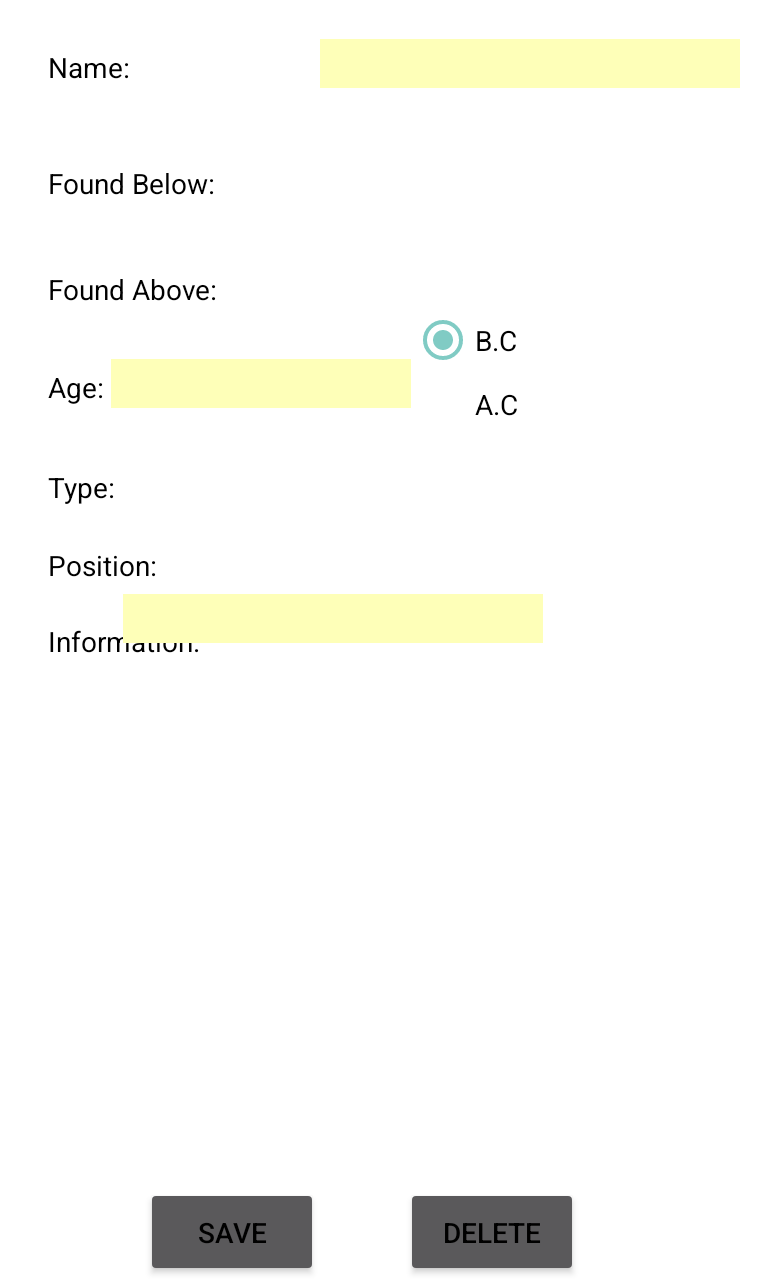
Repository: qfornaguera/AppQuelogy
Layout: AppQueology/res/layout/activity_artifact.xml
An editor plug-in stored every save of this project. The layout is shown before and after the next save, followed by the edit.
It is drawn on a 768 x 1280 px phone screen (xhdpi) without system bars, with theme Theme.AppCompat; the app's code is not run.

Above is the layout before, as saved 2014-05-26 21:13:13.

### AppQueology/res/layout/activity_artifact.xml
<RelativeLayout xmlns:tools="http://schemas.android.com/tools"
    xmlns:android="http://schemas.android.com/apk/res/android"
    android:layout_width="wrap_content"
    android:layout_height="wrap_content"
    android:background="#ffffff"
    tools:context="com.example.appqueology.ArtifactActivity" >

	<ScrollView
	    android:layout_width="wrap_content"
	    android:layout_height="wrap_content" >

		<RelativeLayout
		    android:id="@+id/container"
		    android:layout_width="wrap_content"
		    android:layout_height="594dp"
		    android:background="#ffffff"
		    tools:ignore="MergeRootFrame" >

		    <EditText
		        android:id="@+id/editText1"
		        android:layout_width="wrap_content"
		        android:layout_height="wrap_content"
		        android:layout_alignBaseline="@+id/textView1"
		        android:layout_alignBottom="@+id/textView1"
		        android:layout_alignParentRight="true"
		        android:layout_marginRight="14dp"
		        android:background="#FEFFB8"
		        android:ems="10"
		        android:maxLength="25"
		        android:paddingLeft="10dp"
		        android:textColor="#000000" >

		    </EditText>

		    <TextView
		        android:id="@+id/textView1"
		        android:layout_width="wrap_content"
		        android:layout_height="wrap_content"
		        android:layout_alignParentLeft="true"
		        android:layout_alignParentTop="true"
		        android:layout_marginLeft="24dp"
		        android:layout_marginTop="24dp"
		        android:text="Name: "
		        android:textColor="#000000" />



		    <TextView
		        android:id="@+id/textView2"
		        android:layout_width="wrap_content"
		        android:layout_height="wrap_content"
		        android:layout_alignLeft="@+id/textView1"
		        android:layout_below="@+id/editText1"
		        android:layout_marginTop="38dp"
		        android:text="Found Below: "
		        android:textAppearance="?android:attr/textAppearanceSmall"
		        android:textColor="#000000" />

		    <TextView
		        android:id="@+id/textView3"
		        android:layout_width="wrap_content"
		        android:layout_height="wrap_content"
		        android:layout_alignBaseline="@+id/textView2"
		        android:layout_alignBottom="@+id/textView2"
		        android:layout_alignRight="@+id/editText1"
		        android:layout_toRightOf="@+id/textView2"
		        android:ems="10"
		        android:textColor="#000000" />

		    <TextView
		        android:id="@+id/textView4"
		        android:layout_width="wrap_content"
		        android:layout_height="wrap_content"
		        android:layout_alignLeft="@+id/textView2"
		        android:layout_below="@+id/textView2"
		        android:layout_marginTop="34dp"
		        android:text="Found Above: "
		        android:textAppearance="?android:attr/textAppearanceSmall"
		        android:textColor="#000000" />

		    <TextView
		        android:id="@+id/textView5"
		        android:layout_width="wrap_content"
		        android:layout_height="wrap_content"
		        android:layout_alignBaseline="@+id/textView4"
		        android:layout_alignBottom="@+id/textView4"
		        android:layout_alignParentRight="true"
		        android:layout_toRightOf="@+id/textView4"
		        android:textColor="#000000" />

		    <TextView
		        android:id="@+id/textView6"
		        android:layout_width="wrap_content"
		        android:layout_height="wrap_content"
		        android:layout_alignLeft="@+id/textView4"
		        android:layout_below="@+id/textView4"
		        android:layout_marginTop="30dp"
		        android:text="Age: "
		        android:textColor="#000000" />

		    <EditText
		        android:id="@+id/editText2"
		        android:layout_width="wrap_content"
		        android:layout_height="wrap_content"
		        android:layout_alignBaseline="@+id/textView6"
		        android:layout_alignBottom="@+id/textView6"
		        android:layout_toRightOf="@+id/textView6"
		        android:background="#FEFFB8"
		        android:ems="10"
		        android:inputType="numberSigned"
		        android:paddingLeft="10dp"
		        android:textColor="#000000"
		        android:width="150dp" />

		    <TextView
		        android:id="@+id/textView7"
		        android:layout_width="wrap_content"
		        android:layout_height="wrap_content"
		        android:layout_alignLeft="@+id/textView6"
		        android:layout_below="@+id/radioGroup1"
		        android:layout_marginTop="16dp"
		        android:text="Type: "
		        android:textColor="#000000" />

		    <RadioGroup
		        android:id="@+id/radioGroup1"
		        android:layout_width="wrap_content"
		        android:layout_height="wrap_content"
		        android:layout_below="@+id/textView5"
		        android:layout_toRightOf="@+id/editText2"
		        android:width="50dp" >

		        <RadioButton
		            android:id="@+id/radio0"
		            android:layout_width="wrap_content"
		            android:layout_height="wrap_content"
		            android:checked="true"
		            android:text="B.C"
		            android:textColor="#000000" />

		        <RadioButton
		            android:id="@+id/radio1"
		            android:layout_width="wrap_content"
		            android:layout_height="wrap_content"
		            android:text="A.C"
		            android:textColor="#000000" />
		    </RadioGroup>

		    <TextView
		        android:id="@+id/textView8"
		        android:layout_width="wrap_content"
		        android:layout_height="wrap_content"
		        android:layout_alignBottom="@+id/textView7"
		        android:layout_alignRight="@+id/textView3"
		        android:layout_toRightOf="@+id/textView1"
		        android:textColor="#000000" />

		    <TextView
		        android:id="@+id/textView9"
		        android:layout_width="wrap_content"
		        android:layout_height="wrap_content"
		        android:layout_alignLeft="@+id/textView7"
		        android:layout_below="@+id/textView7"
		        android:layout_marginTop="58dp"
		        android:text="Information: "
		        android:textColor="#000000" />

		    <TextView
		        android:id="@+id/textView10"
		        android:layout_width="wrap_content"
		        android:layout_height="wrap_content"
		        android:layout_alignLeft="@+id/textView7"
		        android:layout_below="@+id/textView7"
		        android:layout_marginTop="20dp"
		        android:text="Position:"
		        android:textColor="#000000" />

		    <Spinner
		        android:id="@+id/spinner1"
		        android:layout_width="wrap_content"
		        android:layout_height="wrap_content"
		        android:layout_alignLeft="@+id/editText1"
		        android:layout_alignTop="@+id/textView10" />

		    <EditText
		        android:id="@+id/editText3"
		        android:layout_width="wrap_content"
		        android:layout_height="wrap_content"
		        android:layout_below="@+id/spinner1"
		        android:layout_toRightOf="@+id/textView7"
		        android:background="#FEFFB8"
		        android:ems="10"
		        android:inputType="textMultiLine"
		        android:paddingLeft="10dp"
		        android:textColor="#000000" >

		    </EditText>

		</RelativeLayout>
	</ScrollView>

    <Button
        android:id="@+id/delete"
        android:layout_width="wrap_content"
        android:layout_height="wrap_content"
        android:layout_alignParentBottom="true"
        android:layout_marginLeft="42dp"
        android:layout_toRightOf="@+id/save"
        android:text="Delete"
        android:textColor="#000000" />

    <Button
        android:id="@+id/save"
        android:layout_width="wrap_content"
        android:layout_height="wrap_content"
        android:layout_alignParentBottom="true"
        android:layout_alignParentLeft="true"
        android:layout_marginLeft="72dp"
        android:text="Save"
        android:textColor="#000000" />

</RelativeLayout>

After the next save:
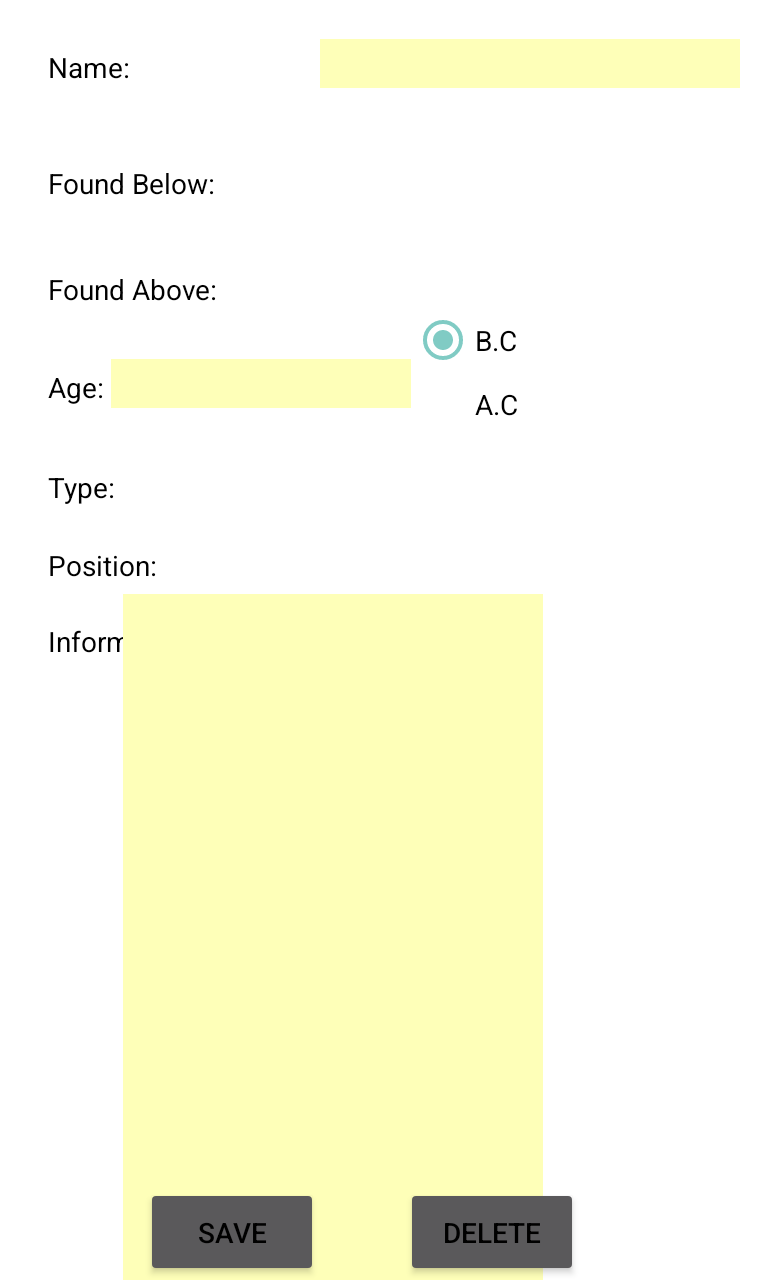
Saved 44 s later.
--- a/AppQueology/res/layout/activity_artifact.xml
+++ b/AppQueology/res/layout/activity_artifact.xml
@@ -185,7 +185,7 @@
 		    <EditText
 		        android:id="@+id/editText3"
 		        android:layout_width="wrap_content"
-		        android:layout_height="wrap_content"
+		        android:layout_height="500dp"
 		        android:layout_below="@+id/spinner1"
 		        android:layout_toRightOf="@+id/textView7"
 		        android:background="#FEFFB8"
